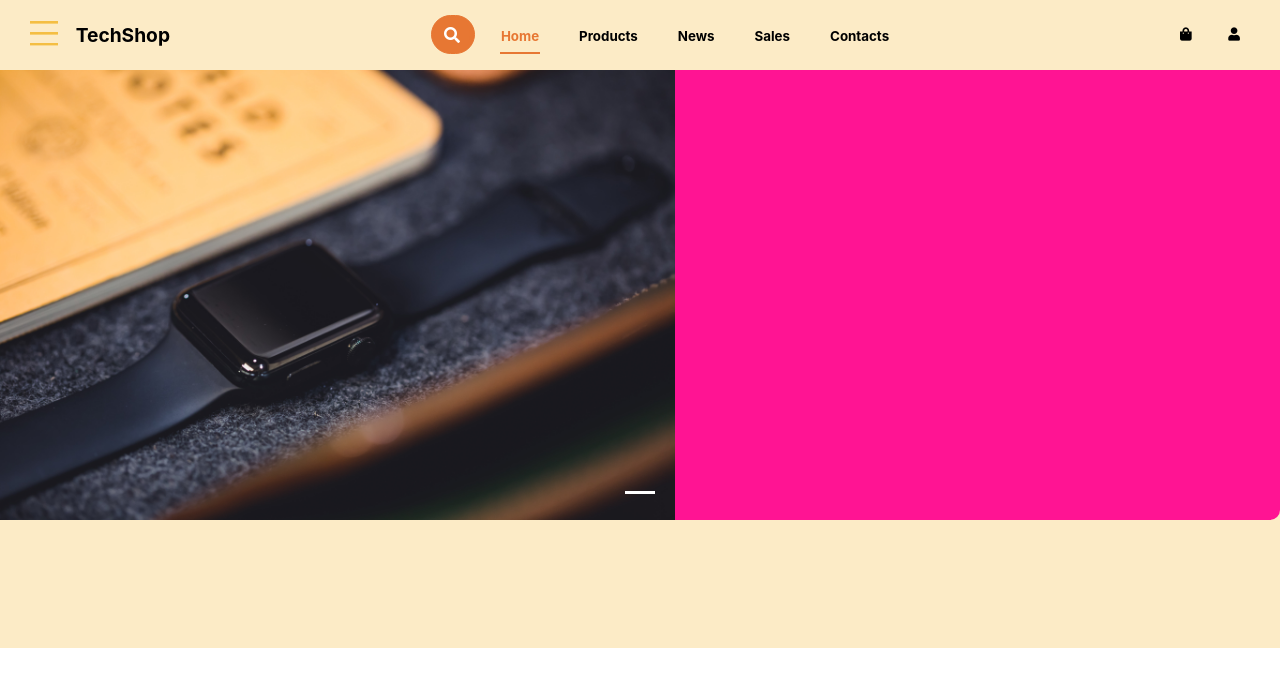
Repository: dinhngocup/TechShop
Page: /home
An editor plug-in stored every save of this project. The page is shown before and after a run of saves, followed by the edit.
The browser window is 1280 px wide. The pictures show the whole page.
Some web libraries are served in a nearby version. The project was rebuilt for these pictures with package versions that can differ from the ones it lists, and the page was loaded fresh each time. Also part of the build but not shown: src/App.css, src/components/news.jsx.

Above is the page before, as saved 2021-03-17 22:48:15.

### public/index.html
<!doctype html>
<html lang="en">
  <head>
    <title>Title</title>
    <!-- Required meta tags -->
    <meta charset="utf-8">
    <meta name="viewport" content="width=device-width, initial-scale=1, shrink-to-fit=no">

    <!-- Bootstrap CSS -->
    <link rel="stylesheet" href="https://stackpath.bootstrapcdn.com/bootstrap/4.3.1/css/bootstrap.min.css" integrity="sha384-ggOyR0iXCbMQv3Xipma34MD+dH/1fQ784/j6cY/iJTQUOhcWr7x9JvoRxT2MZw1T" crossorigin="anonymous">

    <!-- Font awesome-->
    <link rel="stylesheet" href="https://maxcdn.bootstrapcdn.com/font-awesome/4.7.0/css/font-awesome.min.css">
    <link rel="stylesheet" href="https://cdnjs.cloudflare.com/ajax/libs/font-awesome/5.13.0/css/all.min.css">
  </head>
  <body>
    <div id="root"></div>
    <!-- Optional JavaScript -->
    <!-- jQuery first, then Popper.js, then Bootstrap JS -->
    <script src="https://code.jquery.com/jquery-3.3.1.slim.min.js" integrity="sha384-q8i/X+965DzO0rT7abK41JStQIAqVgRVzpbzo5smXKp4YfRvH+8abtTE1Pi6jizo" crossorigin="anonymous"></script>
    <script src="https://cdnjs.cloudflare.com/ajax/libs/popper.js/1.14.7/umd/popper.min.js" integrity="sha384-UO2eT0CpHqdSJQ6hJty5KVphtPhzWj9WO1clHTMGa3JDZwrnQq4sF86dIHNDz0W1" crossorigin="anonymous"></script>
    <script src="https://stackpath.bootstrapcdn.com/bootstrap/4.3.1/js/bootstrap.min.js" integrity="sha384-JjSmVgyd0p3pXB1rRibZUAYoIIy6OrQ6VrjIEaFf/nJGzIxFDsf4x0xIM+B07jRM" crossorigin="anonymous"></script>
  </body>
</html>

### src/App.js
import Header from "./components/Header/header";
import "./App.css";
import News from './components/news'
import Home from './components/Home/home'
import {
  BrowserRouter as Router,
  Switch,
  Route,
} from "react-router-dom";
function App() {
  return (
    <Router>
      <Header />
      <Switch>
        <Route path="/home" component={Home}/>
        <Route path="/shopping-cart" />
        <Route path="/user-info" />
        <Route path="/products" />
        <Route path="/news" component={News}/>
        <Route path="/sales" />
        <Route path="/contacts" />
      </Switch>
    </Router>
  );
}

export default App;

### src/components/Header/header.jsx
import React from 'react';
import './_header.scss'
import Menu from './Menu/menu'
import Nav from './Nav/nav'
import Info from './Info/info'

function Header() {
    return (
        <div className='header d-flex'>
            <Menu />
            <Nav />
            <Info />
        </div>
    );
}

export default Header;

### src/components/Home/home.jsx
import React from 'react'
import Banner from './Banner/banner'
import './_home.scss'
function Home() {
    return (
        <div className="body-content">
            <Banner />

        </div>
    )
}



export default Home

### src/components/Header/_header.scss
.header {
   height: 70px;
   background-color: rgb(252,235,198);
   flex-direction: row;
   align-items: center;
   justify-content: space-between;
   padding: 0px 30px;
   width: 100%;
   position: fixed;
}

### src/components/Header/Menu/menu.jsx
import React, { useState, useEffect } from "react";
import "./_menu.scss";
import { Link } from "react-router-dom";
import MenuItem from "./menu-item";

function Menu() {
  const [isHiddingMenu, setIsHiddingMenu] = useState(false);
  const [nav, setNav] = useState("");
  const [li, setLi] = useState("");

  //const [menuItems, setMenuItems] = useState("");

  const placeLiElement = (li, nav) => {
    let boundary_y = li[0].getBoundingClientRect().top;
    li.forEach((el, i) => {
      let top =
        el.getBoundingClientRect().top +
        el.getAttribute("data-group") * -11 -
        boundary_y;
      el.style.setProperty("--top", top);
      el.style.setProperty("--delay-close", `${i * 0.1}s`);
      el.style.setProperty("--delay-open", `${(li.length - i) * 0.1}s`);
    });
    nav.classList.toggle("nav-closed");

  }


  //get nav & li position
  useEffect(() => {
    let navElement = document.getElementById("hidden-menu");
    let liElement = navElement.querySelectorAll("li");
    let group_size = Math.ceil(liElement.length / 3);
    let group_index = 0;
    setNav(navElement);
    setLi(liElement);
    liElement.forEach((e, i) => {
      e.setAttribute("data-group", group_index);
      group_index =
        i % group_size === group_size - 1 ? group_index + 1 : group_index;
    });

    setIsHiddingMenu(true);
    placeLiElement(liElement, navElement);
    //console.log('1', isHiddingMenu);

  }, []);

  const showMenu = (isHiddingMenu) => {
    const menuItemsFromDB = [
      {
        label: "Home",
        to: "/home",
        activeOnlyWhenExact: false,
      },
      {
        label: "Contacts",
        to: "/contacts",
        activeOnlyWhenExact: false,
      },
      {
        label: "News",
        to: "/news",
        activeOnlyWhenExact: false,
      },
      {
        label: "Products",
        to: "/products",
        activeOnlyWhenExact: false,
      },
      {
        label: "Sales",
        to: "/sales",
        activeOnlyWhenExact: false,
      },
    ];

    let res = null;
    if (menuItemsFromDB.length > 0)
      res = menuItemsFromDB.map((item, index) => {
        let data = {
          label: item.label,
          to: item.to,
          activeOnlyWhenExact: item.activeOnlyWhenExact,
        };

        return (
          <li key={index}>
            <MenuItem data={data}
            isHiddingMenu={isHiddingMenu}
            handleHideMenu={HandleHiddenMenu}/>
          </li>
        );
      });
    return res;
  };

  const HandleHiddenMenu = (e) => {
    setIsHiddingMenu(!isHiddingMenu);
    //console.log('2', isHiddingMenu);



    // if declare e.preventDef and e.stopPropa, direct to new page is prevented
    //e.preventDefault();

    placeLiElement(li, nav);

    //e.stopPropagation();
  };
  return (

    <div className="fluid-container menu">
      <div className="row">
        <div className="col hidden-menu-container">
          <ul className="hidden-menu" id="hidden-menu">
            {showMenu(isHiddingMenu)}

            <button className="nav-toggle" onClick={HandleHiddenMenu}>
              X
            </button>
          </ul>
        </div>
        <div className="col">
          <Link className="shop-name" to="/home">
            TechShop
          </Link>
        </div>
      </div>
    </div>
  );
}

export default Menu;

### src/components/Header/Nav/nav.jsx
import React from "react";
import './_nav.scss'
import {
  NavLink,
} from "react-router-dom";
import Search from './search'
function Nav(props) {
    return (

        <div className='nav-bar d-flex'>
            <Search />
            <nav className='nav'>
                <ul>
                    <li>
                        <NavLink
                            activeClassName='active'
                            to="/home"
                            exact>
                            Home
                        </NavLink>
                    </li>
                    <li>
                        <NavLink
                            activeClassName='active'
                            to="/products">
                            Products
                        </NavLink>
                    </li>
                    <li>
                        <NavLink
                            activeClassName='active'
                            to="/news">
                            News
                        </NavLink>
                    </li>
                    <li>
                        <NavLink
                            activeClassName='active'
                            to="/sales">
                            Sales
                        </NavLink>
                    </li>
                    <li>
                        <NavLink
                            activeClassName='active'
                            to="/contacts">
                            Contacts
                        </NavLink>
                    </li>
                </ul>
            </nav>


        </div>
    );
}

export default Nav;

### src/components/Header/Info/info.jsx
import React from "react";
import "./_info.scss";
import {
  NavLink,
} from "react-router-dom";

function Info() {
    return (
        <div className="info-group d-flex">
            <NavLink
                activeClassName='active'
                to="/shopping-cart">
                <i className="fa fa-shopping-bag"></i>
            </NavLink>
            <NavLink
                activeClassName='active'
                to="/user-info">
                <i className="fa fa-user"></i>
            </NavLink>
        </div>
    );
}

export default Info;

### src/components/Home/Banner/banner.jsx
import React, { useState, useEffect } from "react";
import "./_banner.scss";
import image from '../../../assets/images/pic1.jpg'

function Banner() {
  const [bannerImages, setBannerImages] = useState("");

  //get banner images from DB
  useEffect(() => {
    // call api

    // temp data
    let images = [
      {
        src: "../../../assets/images/pic1.jpg",
        alt: "Apple Watch",
        status: "active",
      },
      {
        src: "../../../assets/images/pic2.jpg",
        alt: "Apple Watch",
        status: "inactive",
      },
      {
        src: "../../../assets/images/pic3.jpg",
        alt: "Apple Watch",
        status: "inactive",
      },
    ];
  }, []);

  return (
    <div id="demo" className="banner carousel slide" data-ride="carousel">
      <ul className="carousel-indicators">
        <li data-target="#demo" data-slide-to="0" className="active"></li>
      </ul>
      <div className="carousel-inner">
        <div className="carousel-item active">
          <img src={image} alt="Los Angeles" />
        </div>

      </div>
    </div>
  );
}

export default Banner;

### src/components/Home/_home.scss
.body-content {
    //overflow: hidden;
    padding-top: 70px;
    width: 100%;
    background-color: rgb(252,235,198);
    height: 90vh;
}

### src/components/Header/Menu/_menu.scss
@import '../Shared.scss';
.menu {
    width: 140px;
    .shop-name {
        font-weight: bold;
        font-size: larger;
        color: black;
        text-decoration: none;
    }

    .hidden-menu-container {
        display: relative;
        z-index: 999;
        .hidden-menu {
            display: inline-block;
            list-style-type: none;

            position: absolute;
            top:0;
            list-style-type: none;
            padding: 0;
            margin: 0;
            width: 200px;
            li {
                overflow: visible;
                height: 60px;
                width: 100%;
                background-color: rgb(244, 190, 67);

                transform-origin: 0 0;
                transition: transform 0.6s ease;
                transition-delay: var(--delay-open);
                padding: 20px 40px;
                align-items: center;
                a {
                    text-align: center;
                    color: rgba(255, 255, 255, 0.6);
                    font-size: 16px;
                    &:hover {
                        text-decoration: none;
                        color: white !important;
                        box-shadow: 10px 0px 40px -5px #fff;
                    }
                    &.active {
                        color: white;
                        font-weight: 700;
                    }

                }
            }
            .nav-toggle {
                position: absolute;
                top: 0;
                width: 50px;
                height: 50px;
                /* opacity: 0; */
                cursor: pointer;
                transform-origin: 0 0;
                outline: none;
                margin-left: 10px;
                right: 0;
                transition: right 1s ease, opacity 1s ease;
                opacity: 1;
                background-color: rgb(244, 190, 67);
                border: none;
                color:rgba(255, 255, 255, 0.6);
            }

            .nav-toggle:hover {
                border-radius: 50%;
                background-color: rgba(244, 190, 67, 0.1);
                color: white

            }
        }

        .nav-closed a {
            color: rgb(244, 190, 67);
        }

        .nav-closed li {
            transform: translateY(calc(var(--top) * -1px)) scaleY(0.04) scaleX(0.14);
            transition-delay: var(--delay-close);
            color: rgb(244, 190, 67);
        }

        .nav-closed .nav-toggle {
            right: calc(100% - 50px);
            opacity: 0;
        }
    }
}

### src/components/Header/Menu/menu-item.jsx
import React from 'react'
import PropTypes from 'prop-types'
import { Route, NavLink } from "react-router-dom";

MenuItem.propTypes = {
    data: PropTypes.object.isRequired,
    isHiddingMenu: PropTypes.bool.isRequired,
    handleHideMenu: PropTypes.func,
}

function MenuItem(props) {
    const {data, isHiddingMenu, handleHideMenu} = props;
    //console.log('3',isHiddingMenu)


    return (
        <Route
          path={data.to}
          exact={data.activeOnlyWhenExact}
          children={() => {
            if (isHiddingMenu) return <span>{data.label}</span>;
            return (
              <NavLink
                activeClassName="active"
                to={data.to}
                exact={data.activeOnlyWhenExact}
                onClick={handleHideMenu}
              >
                {data.label}
              </NavLink>
            );
          }}
        />
      );
}


export default MenuItem

### src/components/Header/Nav/_nav.scss
.nav-bar {
    align-items: center;
    .nav {
        ul {
            padding: 0;
            margin: 0;
            li {
                display: inline;
                padding: 20px;
                font-size: smaller;
                font-weight: bold;
                position: relative;
                a {
                    color: black;
                    transition: 0.8s;
                    &:after {
                        transition: 0.8s;
                        position: absolute;
                        content: "";
                        background-color: #E77733;

                        height: 2px;
                        width: 0%;

                        bottom: 10px;
                        left:0;
                        right: 0;

                        margin: 0 auto;
                    }
                    &:hover {
                        text-decoration: none;
                        color: #E77733;
                        &:after {
                            width: 50%;
                        }
                    }
                }
                .active {
                    color: #E77733;
                    &:after {
                        position: absolute;
                        content: "";
                        background-color: #E77733;

                        height: 2px;
                        width: 50%;

                        bottom: 10px;
                        left:0;
                        right: 0;

                        margin: 0 auto;
                    }
                }


            }
        }

    }
}

### src/components/Header/Nav/search.jsx
import React from 'react'
import './_search.scss'


function Search(props) {
    return (
        <form  className='search-form'>
            <input type="search" />
            <i className="fa fa-search"></i>
        </form>
    )
}



export default Search

### src/components/Header/Info/_info.scss

@import '../Shared.scss';

.info-group {
    font-size: smaller;
    justify-content: space-between;
    align-items: center;
    width: 80px;
    a {
        color: black;
        i {
            padding: 10px;
            border-radius: 50%;
            &:hover {
                box-shadow: 10px 0px 40px -5px #E77733, inset 0px 0px 40px 0px white;
            }
        }
        &.active {
            i {
                @include inset-shadow-active;
            }
        }

    }
}

### src/components/Home/Banner/_banner.scss
.banner {
    width: 100%;
    height: 450px;
    background-color: deeppink;
    border-radius: 0 0 10px 10px;
    display: flex;
    .carousel-item {
        height: 100%;
        img {
            height: 100%;
            background-size: cover;
        }
    }
}

### src/components/Header/Shared.scss
@mixin inset-shadow {
    padding: 10px;
    border-radius: 50%;
    box-shadow: inset 0px 0px 10px 0px white;
    &:hover {
        box-shadow: 10px 0px 40px -5px #E77733, inset 0px 0px 40px 0px white;
    }

}

@mixin inset-shadow-active {
    transition: 0.8s;
    box-shadow: 0 0 0px 2px #E77733, inset 0px 0px 40px 0px white;


}

### src/components/Header/Nav/_search.scss
.search-form {
    z-index: 999;
    display: inline;
    position: relative;

    width: 50px;
    height: 40px;

    input {
        padding-left: 40px;
        position: absolute;
        top: 0;
        left: 0;
        width: 40px;

        line-height: 35px;

        //     font-size: 1em;
        border-radius: 25px;
        border: solid 1px #E77733;
        transition: 0.8s;
        background-color: #E77733;
        pointer-events: none;
        &:focus {
            outline: none;
        }
    }
    &:hover {
        i {
            color: #E77733;
            background-color: white;
        }
        input {
            pointer-events: visible;
            width: 470px;
            background-color: white;
        }
    }
    i {
        box-sizing: border-box;

        position: absolute;
        top: 2px;
        left: 3px;
        border-radius: 50%;
        padding: 10px;
        background-color: #E77733;
        color: white
    }
}

// form:hover{
//     width: 200px;
//     cursor: pointer;
// }

// form:hover input{
//     display: block;
// }

// form:hover .fa{
//     background: #07051a;
//     color: white;
// }

Loaded but not shown: src/index.js (common file); src/index.css (common file); src/reportWebVitals.js (common file)

After the next 2 saves:
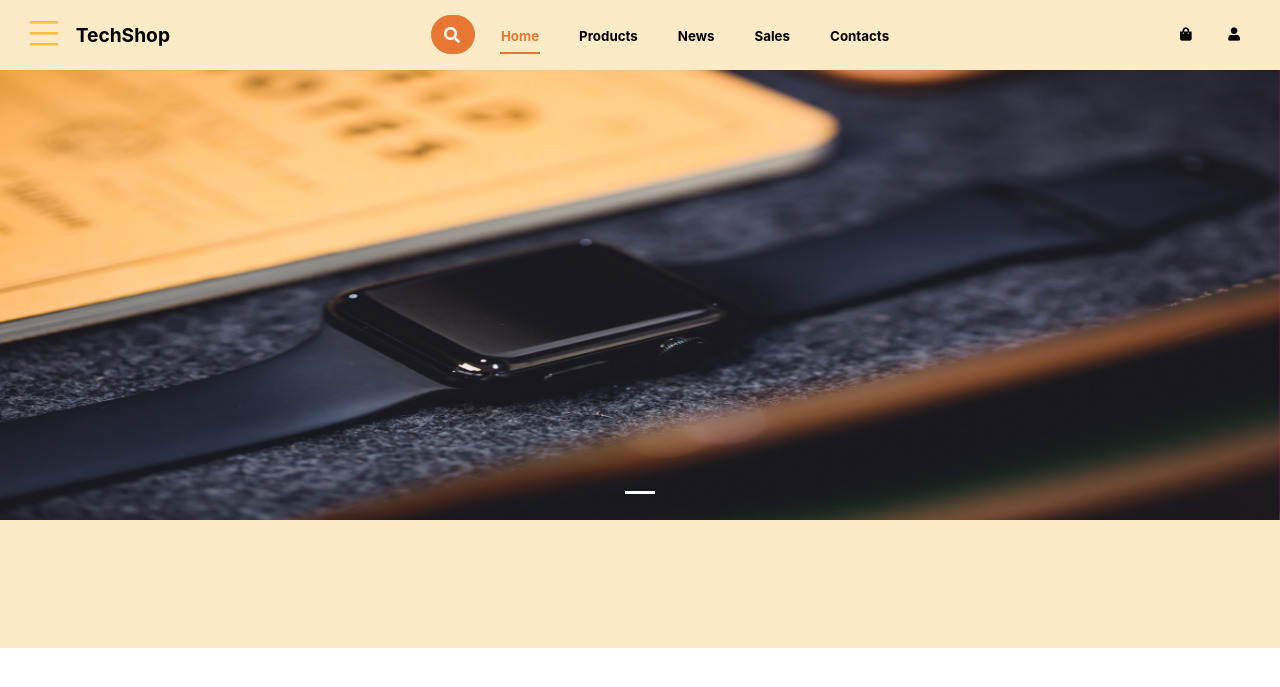
The 2 saves are shown as one change because they came seconds apart.
The last was saved 30 s later.
--- a/src/components/Home/Banner/_banner.scss
+++ b/src/components/Home/Banner/_banner.scss
@@ -8,7 +8,7 @@
         height: 100%;
         img {
             height: 100%;
-            background-size: cover;
+            width: 100%;
         }
     }
 }
